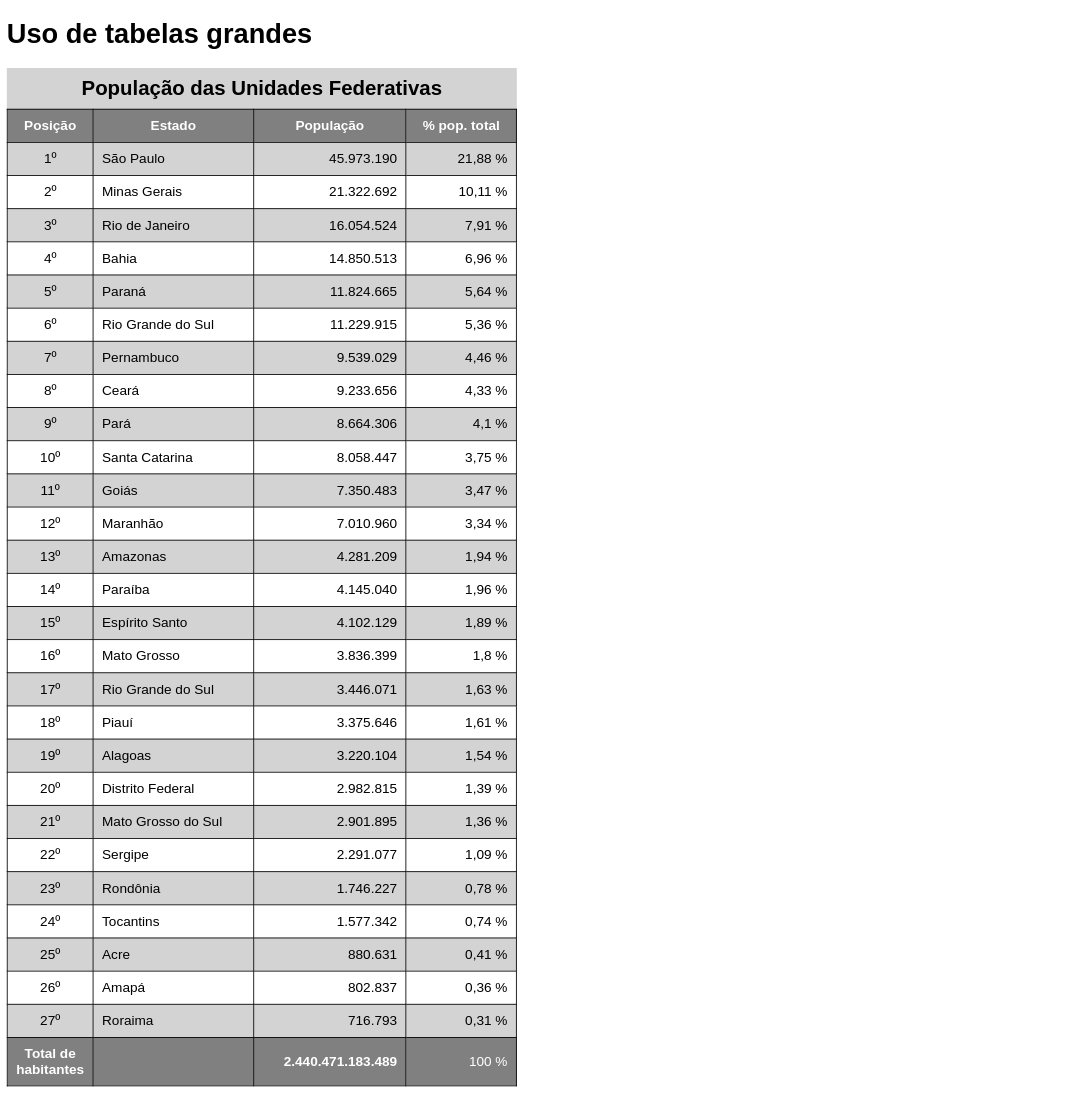
Repository: railsondev/html-css
Page: Módulo3/Exercicios/Ex02 - Tabelas/tabela002.html
The author's editor kept a copy of each file at every save. The page is drawn from the files as they stood at one save, then again after the next save.
The browser window is 1280 px wide. The pictures show the whole page, at 85% of full size.

Above is the page before, as saved 2024-10-19 19:42:00.

After the next save:
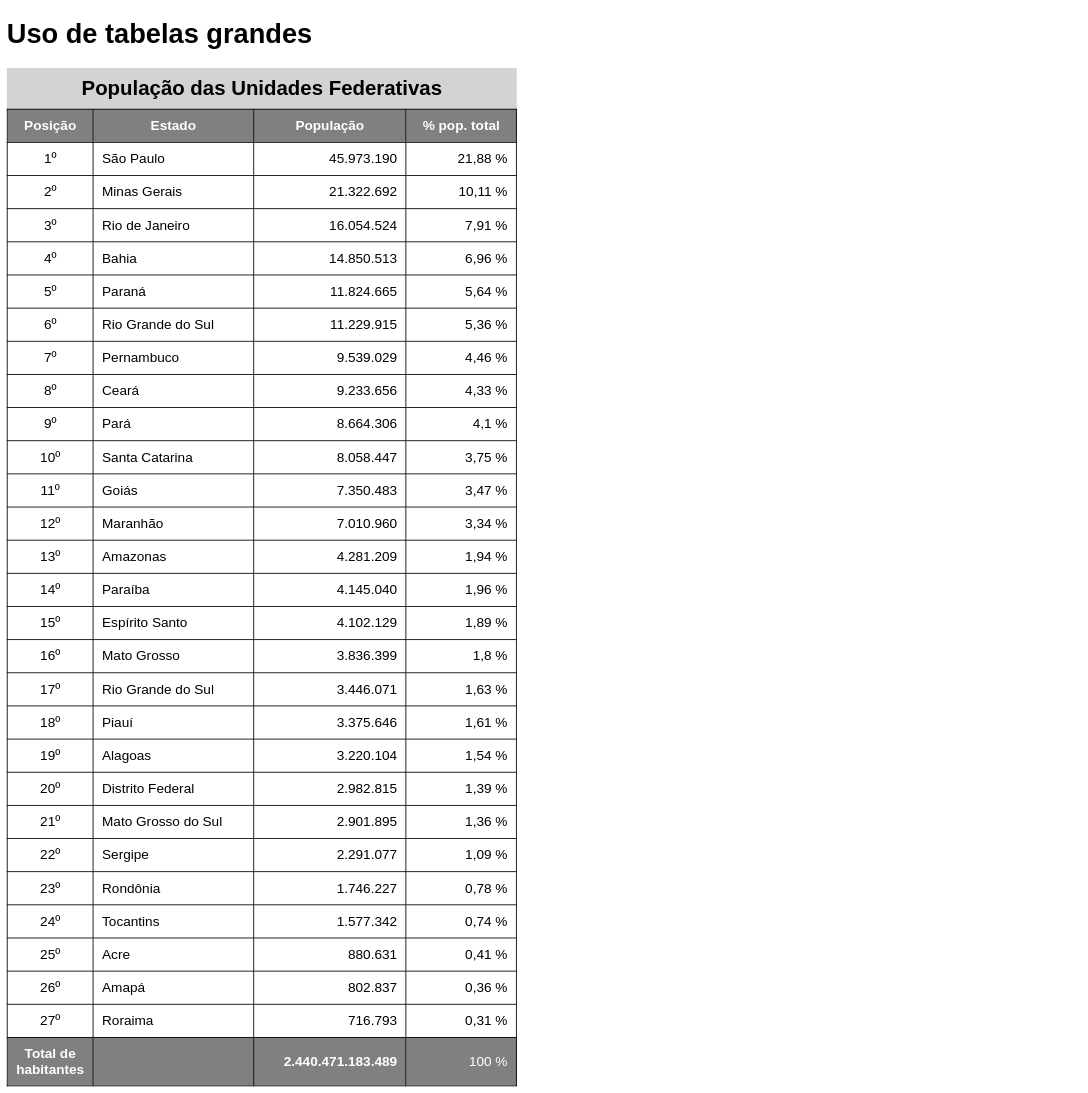
Saved 3 min 58 s later.
--- a/Módulo3/Exercicios/Ex02 - Tabelas/src/css/estilo01.css
+++ b/Módulo3/Exercicios/Ex02 - Tabelas/src/css/estilo01.css
@@ -3,7 +3,7 @@
 body {
   font-family: Arial, Helvetica, sans-serif;
 }
-tbody > tr:nth-child(odd) {
+tbody > tr:nth-child() {
   background-color: lightgray;
 }
 

After the save that followed:
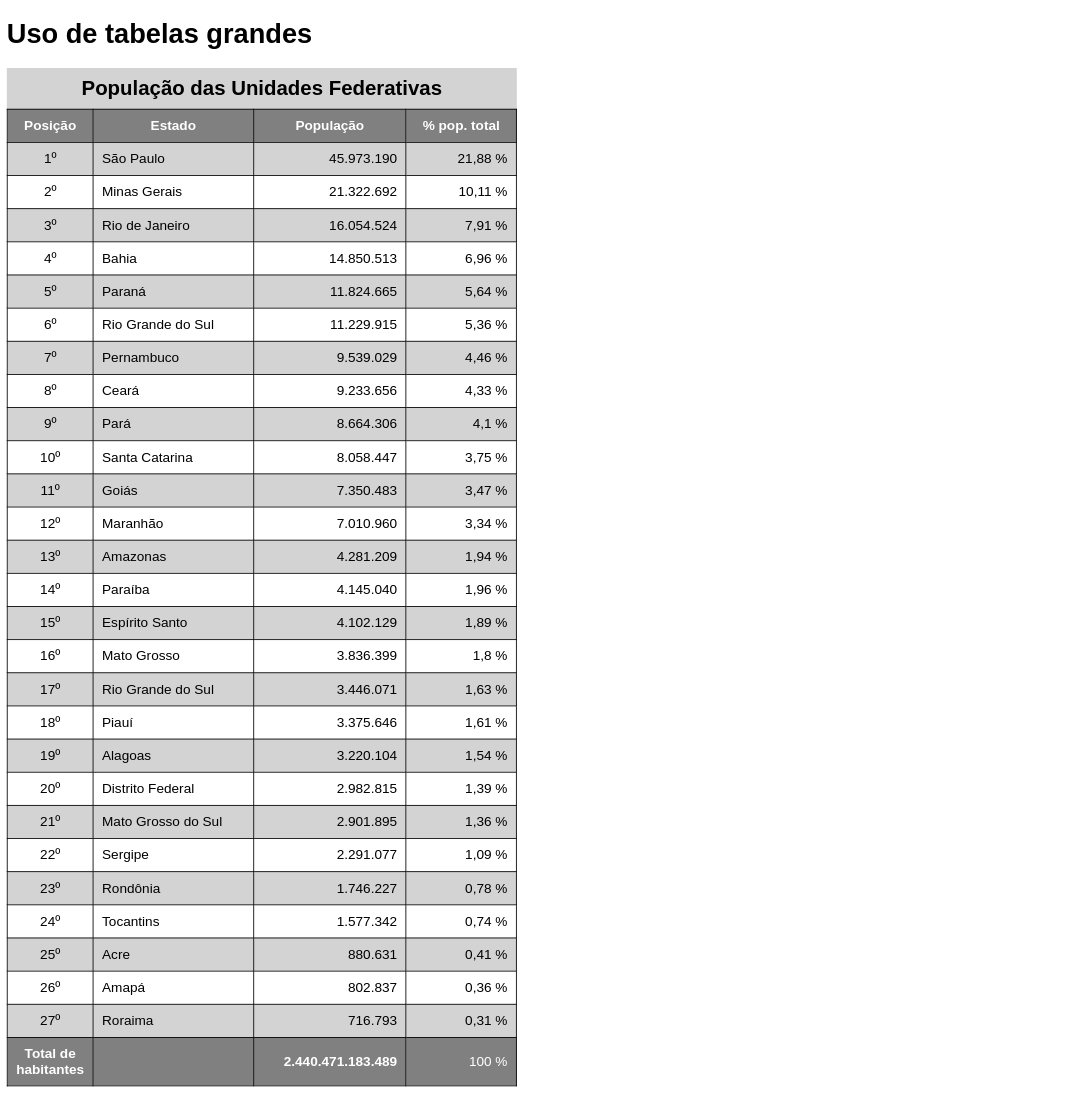
Saved 39 s later.
--- a/Módulo3/Exercicios/Ex02 - Tabelas/src/css/estilo01.css
+++ b/Módulo3/Exercicios/Ex02 - Tabelas/src/css/estilo01.css
@@ -3,7 +3,7 @@
 body {
   font-family: Arial, Helvetica, sans-serif;
 }
-tbody > tr:nth-child() {
+tbody > tr:nth-child(2n-1) {
   background-color: lightgray;
 }
 
